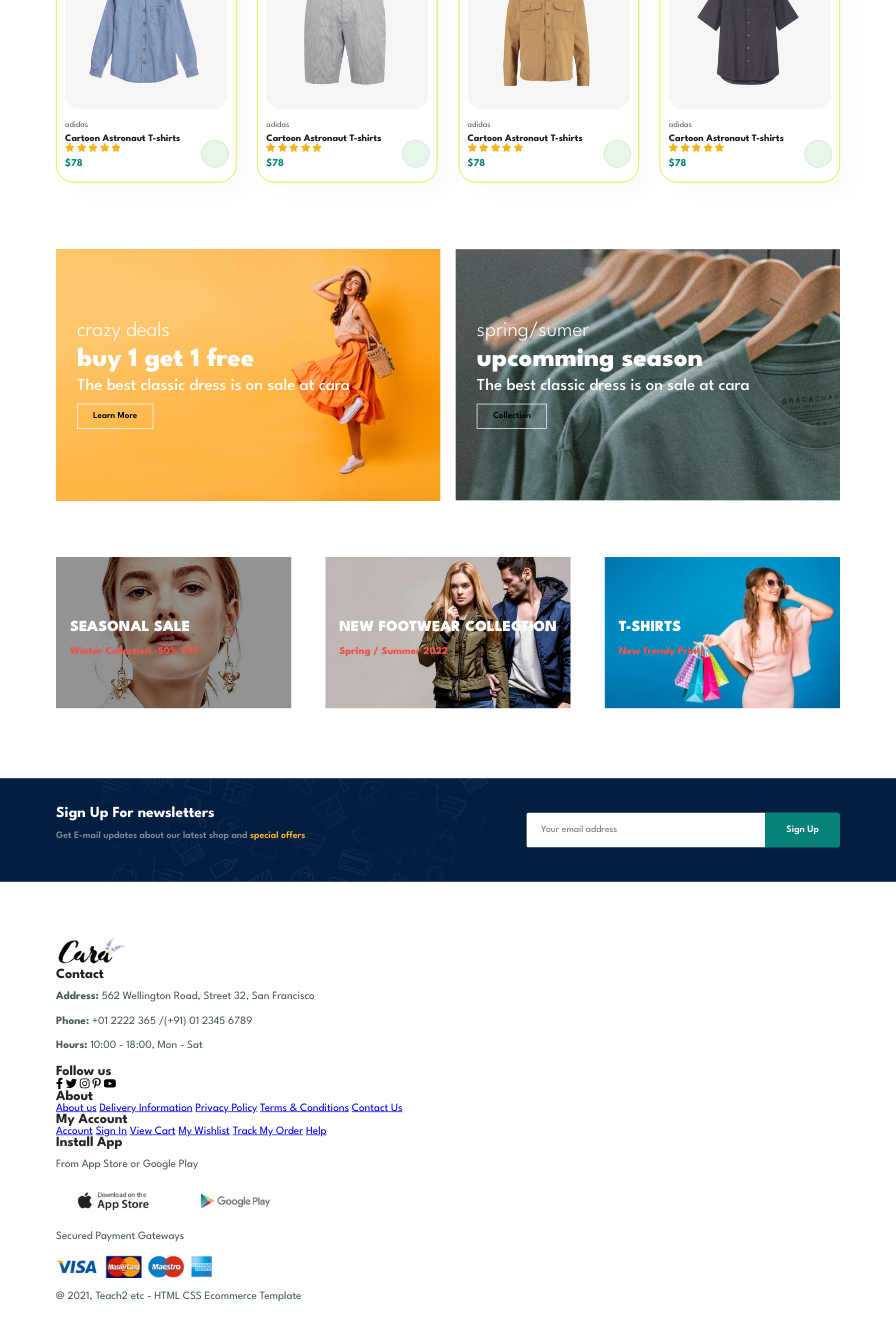
Repository: quy261001/cara
Page: index.html
The author's editor kept a copy of each file at every save. The page is drawn from the files as they stood at one save, then again after the next save.
The browser window is 1280 px wide. The pictures show the part of the page from y = 3004 to 4924 px (the page is 4924 px tall before and 4777 px after), at 70% of full size.

Above is the page before, as saved 2022-05-02 13:33:12.

After the next save:
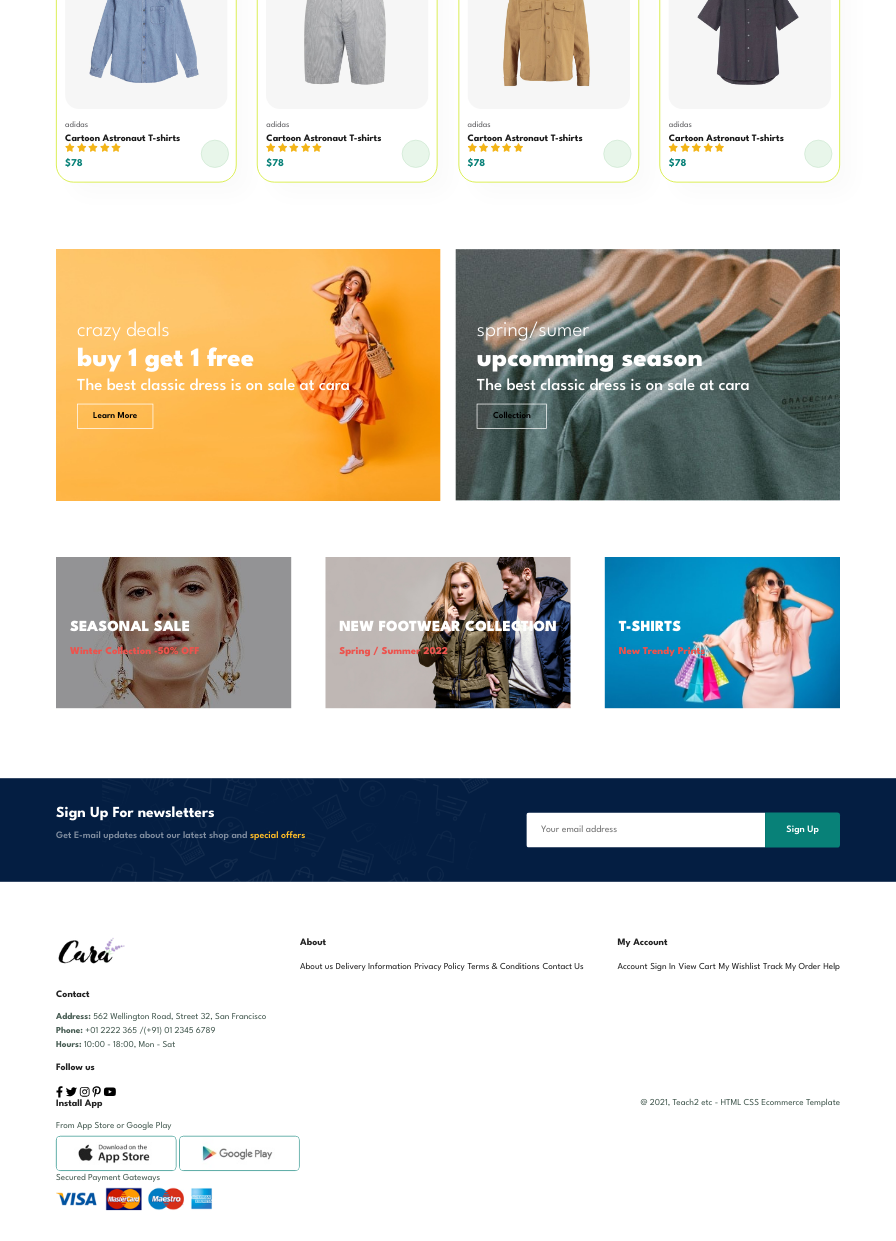
Saved 38 s later.
--- a/index.html
+++ b/index.html
@@ -377,7 +377,7 @@
       </div>
   </section>
 
-  <section class="section-p1">
+  <footer class="section-p1">
     <div class="col">
       <img class="logo" src="img/logo.png" alt="">
       <h4>Contact</h4>
@@ -429,7 +429,7 @@
     <div class="copyright">
       <p>@ 2021, Teach2 etc - HTML CSS Ecommerce Template</p>
     </div>
-  </section>
+  </footer>
   <script src="script.js"></script>
   <script defer src="https://pro.fontawesome.com/releases/v5.15.4/js/all.js"></script>
 </body>
